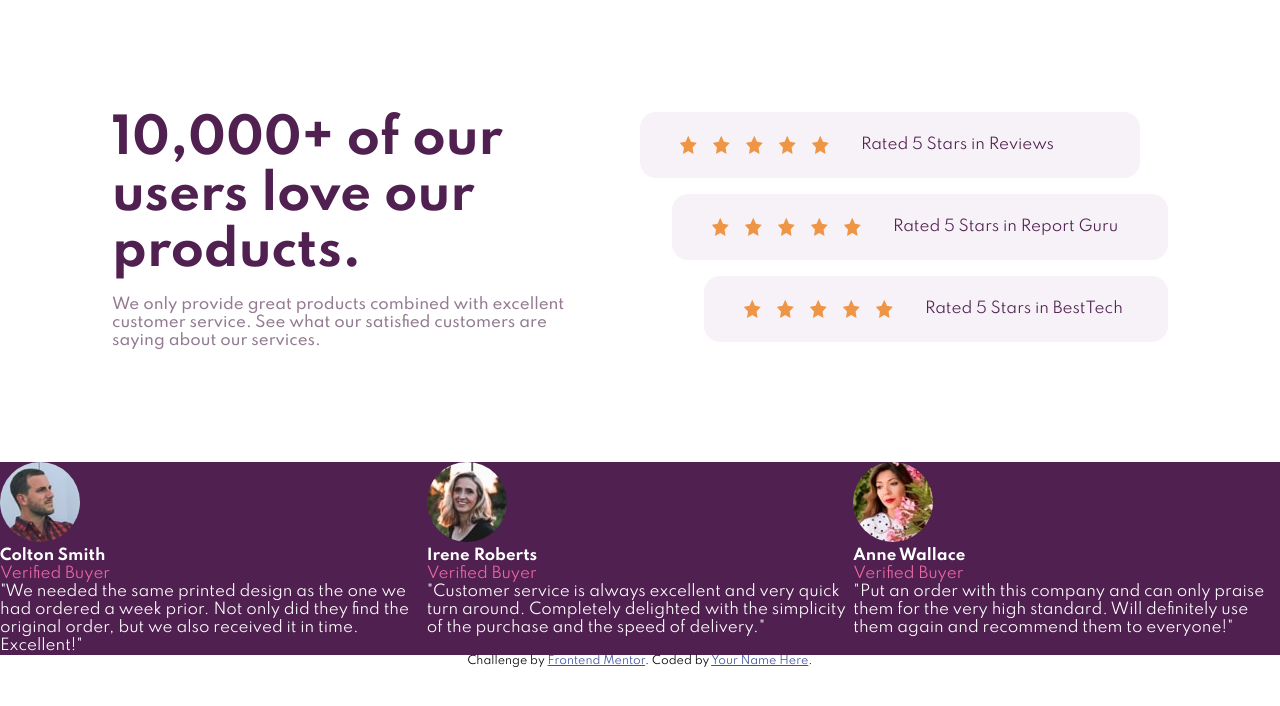
Repository: Pedrohamoura-Git/Frontend-Mentor-Challenges
Page: Newbie/social-proof-section-master/index.html
The author's editor kept a copy of each file at every save. The page is drawn from the files as they stood at one save, then again after the next save.
The browser window is 1280 px wide. The pictures show the whole page.

Above is the page before, as saved 2021-05-30 12:26:09.

### Newbie/social-proof-section-master/index.html
<!DOCTYPE html>
<html lang="en">
  <head>
    <meta charset="UTF-8" />
    <meta name="viewport" content="width=device-width, initial-scale=1.0" />
    <!-- displays site properly based on user's device -->

    <link
      rel="icon"
      type="image/png"
      sizes="32x32"
      href="./images/favicon-32x32.png"
    />

    <link rel="stylesheet" href="css/style.css">

    <title>Frontend Mentor | Social proof section</title>

    <!-- Feel free to remove these styles or customise in your own stylesheet 👍 -->
    <style>
      .attribution {
        font-size: 11px;
        text-align: center;
      }
      .attribution a {
        color: hsl(228, 45%, 44%);
      }
    </style>
  </head>

  <body>
    <div class="wrapper">
      <!-- Start header -->
      <header>
        <div id="title">
          <h1>10,000+ of our users love our products.</h1>

          <p>We only provide great products combined with excellent customer service. See what our satisfied customers are saying about our services.</p>
        </div>

        <!-- Start ratings -->
        <aside id="ratings">

          <!-- Start section-a -->
          <div id="section-a">
            <img src="images/icon-star.svg" alt="Rating-a">
            <img src="images/icon-star.svg" alt="Rating-a">
            <img src="images/icon-star.svg" alt="Rating-a">
            <img src="images/icon-star.svg" alt="Rating-a">
            <img src="images/icon-star.svg" alt="Rating-a">
            <p>Rated 5 Stars in Reviews</p>
          </div>
          <!-- /End section-a  -->

          <!-- Start section-b  -->
          <div id="section-b">
            <img src="images/icon-star.svg" alt="Rating-b">
            <img src="images/icon-star.svg" alt="Rating-b">
            <img src="images/icon-star.svg" alt="Rating-b">
            <img src="images/icon-star.svg" alt="Rating-b">
            <img src="images/icon-star.svg" alt="Rating-b">
            <p>Rated 5 Stars in Report Guru</p>
          </div>
          <!-- /End section-b  -->

          <!-- Start section-c  -->
            <div id="section-c">
              <img src="images/icon-star.svg" alt="Rating-c">
              <img src="images/icon-star.svg" alt="Rating-c">
              <img src="images/icon-star.svg" alt="Rating-c">
              <img src="images/icon-star.svg" alt="Rating-c">
              <img src="images/icon-star.svg" alt="Rating-c">
              <p>Rated 5 Stars in BestTech</p>
            </div>
          <!-- /End section-c  -->
          </aside>

      </header>
      <!-- End header -->

      <!-- Start reviews  -->
      <div id="reviews">

        <!-- Start section-d  -->
        <div id="section-d">
          <img src="images/image-colton.jpg" alt="Colton's picture">
          <h4 class="name">Colton Smith</h4>
          <p class="verified">Verified Buyer</h4>
          <p>
            "We needed the same printed design as the one we had ordered a week prior.
            Not only did they find the original order, but we also received it in time.
            Excellent!"
          </p>
        </div>
        <!-- /End section-d -->

        <!-- Start section-e  -->
        <div id="section-e">
          <img src="images/image-irene.jpg" alt="Irene's picture">
          <h4 class="name">Irene Roberts </h4>
          <p class="verified">Verified Buyer</h4>
          <p>
            "Customer service is always excellent and very quick turn around. Completely
            delighted with the simplicity of the purchase and the speed of delivery."
          </p>
        </div>
        <!-- /End section-e -->

        <!-- Start section-f -->
        <div id="section-f">
          <img src="images/image-anne.jpg" alt="Anne's picture">
          <h4 class="name">Anne Wallace</h4>
          <p class="verified">Verified Buyer</h4>
          <p class="commentary">
            "Put an order with this company and can only praise them for the very high
            standard. Will definitely use them again and recommend them to everyone!"
          </p>
        </div>
      </div>
      <!-- /End section-f  -->

    </div>
    <!-- End Reviews  -->

    <div class="attribution">
      Challenge by
      <a href="https://www.frontendmentor.io?ref=challenge" target="_blank"
        >Frontend Mentor</a
      >. Coded by <a href="#">Your Name Here</a>.
    </div>
  </body>
</html>

### Newbie/social-proof-section-master/css/style.css
/*
** Basic Format
*/
    @import url('https://fonts.googleapis.com/css2?family=Spartan:wght@400;500;700&display=swap');

    * {
        box-sizing: border-box;
        margin: 0;
        padding: 0;
    }

    body {
        font-family: Spartan;
        font-size: 15px;
        /* font-weight:  700; */
    }

    header h1 {
        color: hsl(300, 43%, 22%);
    }

    header p {
        color: hsl(303, 10%, 53%);
    }


    #ratings #section-a, #section-b, #section-c {
        background-color: hsl(300, 24%, 96%);
        /* text-align: center; */
    }

    #ratings p {
        color: hsl(300, 43%, 22%);
    }


    #reviews #section-d, #section-e, #section-f {
        background-color: hsl(300, 43%, 22%);
        color: white;
    }

    #reviews img {
        border-radius: 5rem;
    }

    #reviews p.verified {
        color:hsl(333, 80%, 67%);
    }

/*
** Wrapper
*/

    /*
    ** Header
    */
        /*
        ** Header - Title
        */
            header {
                display: grid;
                grid-template-columns: repeat(2, 1fr);
                padding: 7rem;

                /* background-color: green; */
            }

            header #title {
                max-width: 480px;

                /* border: 1px solid green; */
            }

            header #title h1 {
                font-size: 3rem;
                margin-bottom: 1rem;
            }

            header #title p {
                font-weight: 500;
            }

        /*
        ** Header - Ratings
        */
            #ratings {
                /* border: 1px solid red; */
            }

            #section-a, #section-b, #section-c {
                border-radius: 1rem;
                max-width: 500px;
                padding: 1.5rem;

                /* background-color: red; */
            }

            #section-a, #section-b, #section-c  {
                display: flex;
                flex-wrap: wrap;

            }

            #section-a img, #section-b img, #section-c img {
                margin-left: 1rem;
            }

            #section-a p, #section-b p, #section-c p {
                margin-left: 2rem;
                margin-bottom: 0rem;
            }

            /*
            ** Header - Ratings - Section-b
            */
                #section-b {
                    margin-left: 2rem;
                    margin-top: 1rem;
                }


            /*
            ** Header - Ratings - Section-c
            */
                #section-c {
                    margin-left: 4rem;
                    margin-top: 1rem;
                }

    /*
    ** Reviews
    */
        #reviews {
            display: grid;
            grid-template-columns: repeat(3, 1fr);
            column-gap: ;
        }

After the next save:
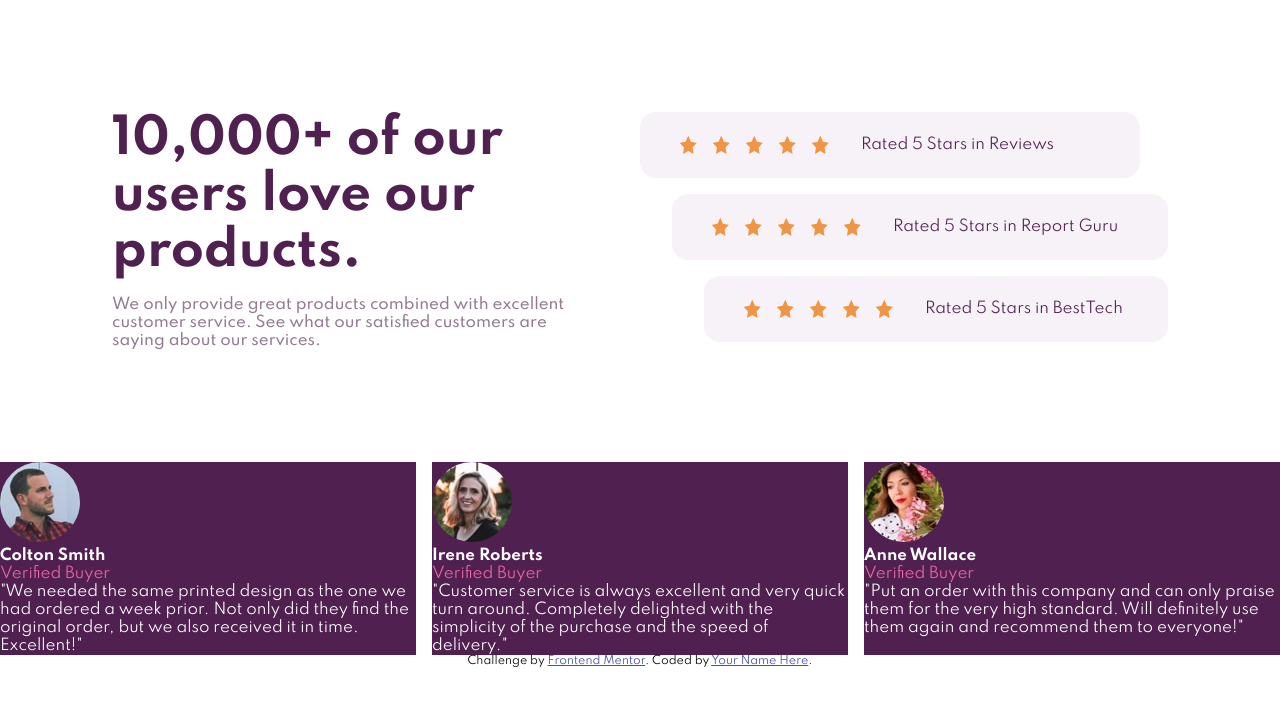
Saved 3 s later.
--- a/Newbie/social-proof-section-master/css/style.css
+++ b/Newbie/social-proof-section-master/css/style.css
@@ -133,5 +133,5 @@
         #reviews {
             display: grid;
             grid-template-columns: repeat(3, 1fr);
-            column-gap: ;
+            column-gap: 1rem;
         }

After the save that followed:
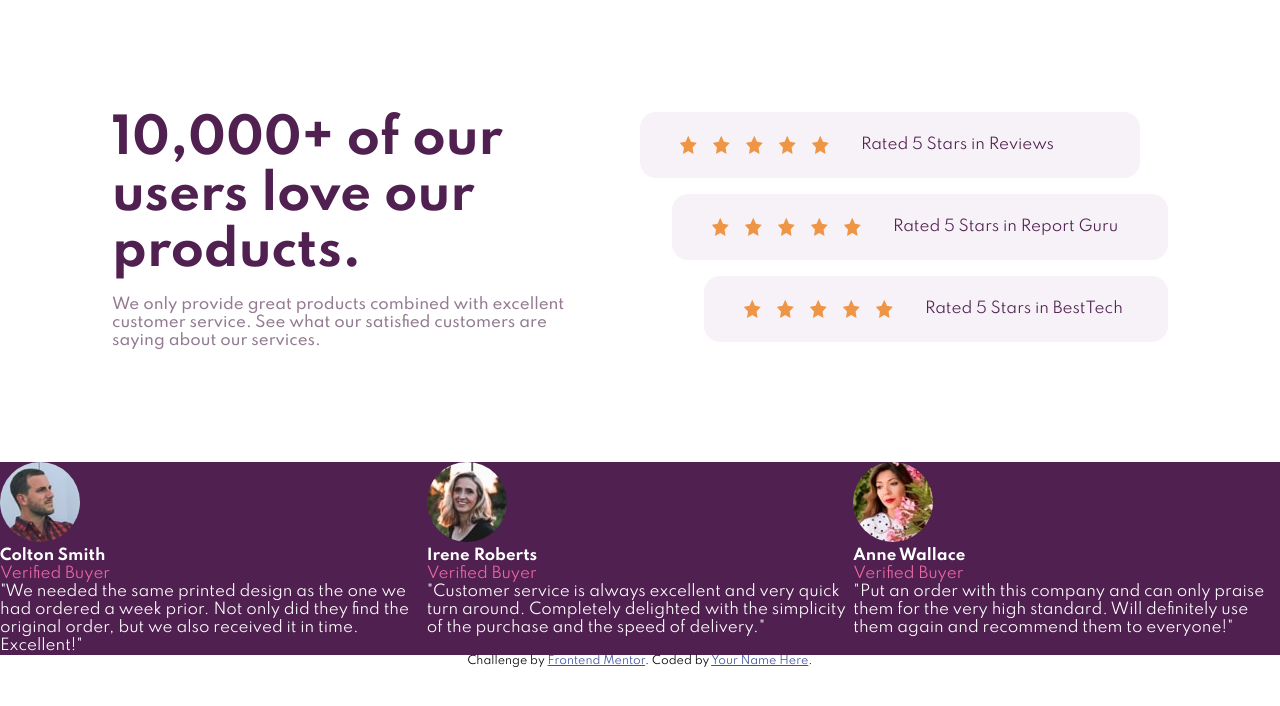
Saved 8 s later.
--- a/Newbie/social-proof-section-master/css/style.css
+++ b/Newbie/social-proof-section-master/css/style.css
@@ -133,5 +133,5 @@
         #reviews {
             display: grid;
             grid-template-columns: repeat(3, 1fr);
-            column-gap: 1rem;
+            /* column-gap: 1rem; */
         }
